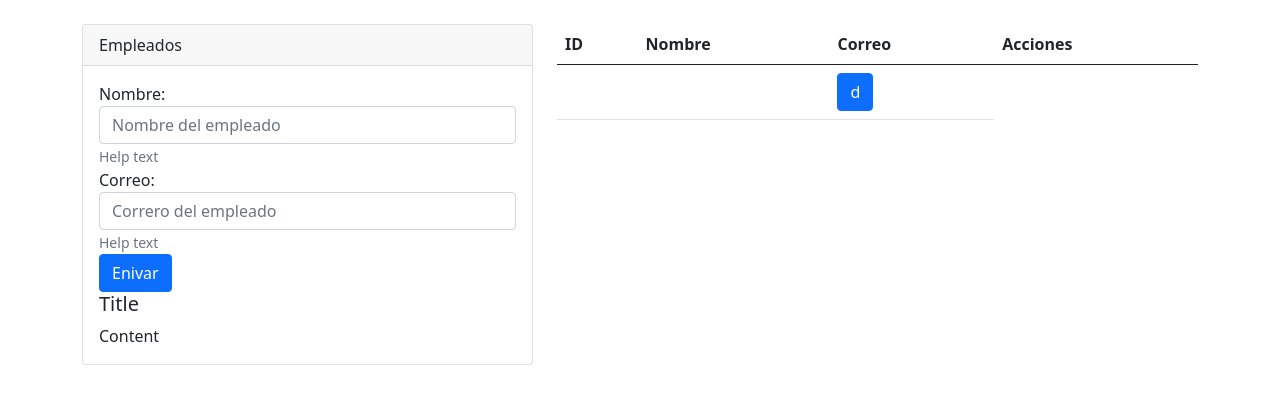
Repository: LionardoGomiz/CRUD-JS-VAINILLA
Page: index.html
An editor plug-in stored every save of this project. The page is shown before and after the next save, followed by the edit.
The browser window is 1280 px wide. The pictures show the whole page.
The page's requests for data from a server got no answer.

Above is the page before, as saved 2021-08-12 15:40:50.

After the next save:
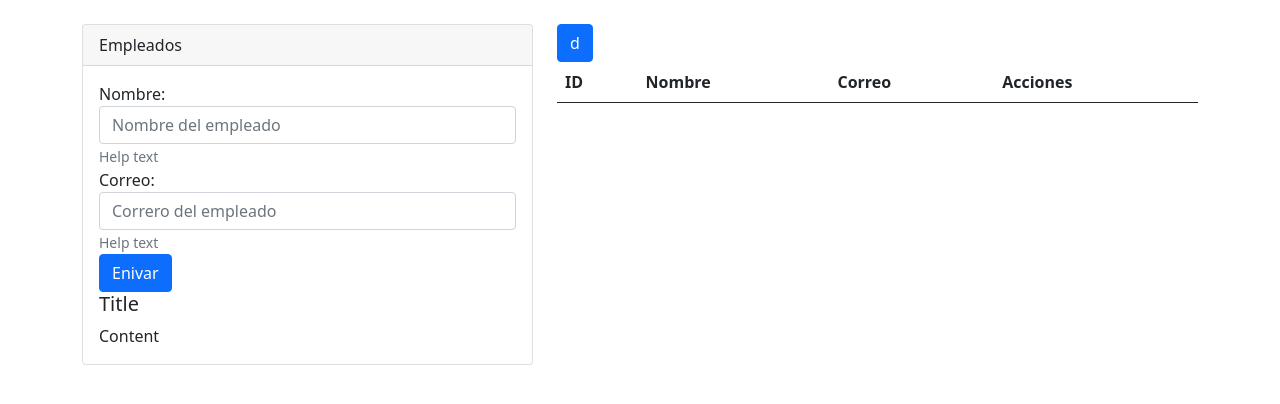
Saved 45 s later.
--- a/index.html
+++ b/index.html
@@ -54,11 +54,10 @@
                     </thead>
                     <tbody id="empleados">
 
-                        <tr>
-                            <td scope="row"></td>
-                            <td></td>
-                            <td><a name="" id="" class="btn btn-primary" href="#" role="button">d</a></td>
-                        </tr>
+
+
+                            <a name="" id="" class="btn btn-primary" href="#" role="button">d</a></td>
+
                     </tbody>
                 </table>
             </div>
